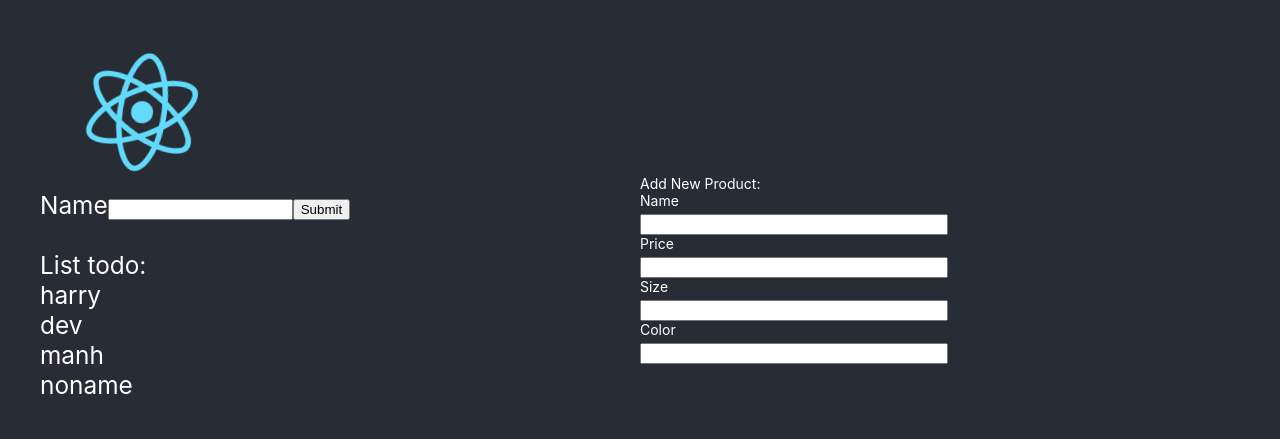
Repository: minh66hn/base-react-hook
Page: /
These files come from the project's save history. The page is drawn as it stood at one moment and after the next save; the edit follows.
The browser window is 1280 px wide. The pictures show the whole page.
The project was rebuilt for these pictures with package versions that can differ from the ones it lists, and the page was loaded fresh each time.

Above is the page before, as saved 2022-04-18 20:29:55.

### src/App.js
import "./App.css";
import logo from "./logo.svg";

import Home from "./components/Home";
import AddNewProduct from "./components/AddNewProduct";

function App() {
  return (
    <div className="App">
      <header className="App-header content-left">
        <img src={logo} className="App-logo" alt="logo" />
        <Home></Home>
      </header>
      <div className="content-right">
        <AddNewProduct />
      </div>
    </div>
  );
}

export default App;

### src/App.css
.App {
  padding: 40px;
  background-color: #282c34;
  height: calc(100vh - 80px);
  font-size:14px;
  display: flex;
}

.App-logo {
  height: 20vmin;
  pointer-events: none;
}

@media (prefers-reduced-motion: no-preference) {
  .App-logo {
    animation: App-logo-spin infinite 20s linear;
  }
}

.App-header {
  /* min-height: 100vh; */
  /* display: flex;
  flex-direction: column; */
  /* align-items: center;
  justify-content: center; */
  font-size: calc(10px + 2vmin);
  color: white;
  /* border: 1px solid green; */
  width: 50%;
}
.content-left{
  width:50%;
}
.content-right{
  /* border: 1px solid red; */
  width: 50%;
  margin-top:135px;
  color: white;

}
.input-product input{
  width:50%
}
.input-product{
  display:flex;
  flex-direction: column;
  gap:5px;
}

.App-link {
  color: #61dafb;
}

@keyframes App-logo-spin {
  from {
    transform: rotate(0deg);
  }
  to {
    transform: rotate(360deg);
  }
}
/* img {
  display: block;
  max-width: 100%;
}
.youtube-list {
  display: grid;
  grid-template-columns: repeat(4, 2fr);
  grid-gap: 25px;
  padding: 25px;
}
.youtube-image {
  height: 250px;
  margin-bottom: 15px;
}
.youtube-image img {
  width: 100%;
  height: 100%;
  object-fit: cover;
}
.youtube-footer {
  display: flex;
  align-items: flex-start;
  gap: 0 20px;
}
.youtube-avatar {
  width: 50px;
  height: 50px;
  border-radius: 100rem;
  object-fit: cover;
  flex-shrink: 0;
}
.youtube-title {
  font-size: 18px;
  margin-bottom: 10px;
}
.youtube-author {
  font-size: 14px;
  color: #999;
  font-weight: 300;
} */

### src/components/Home.js
import React from "react";
import { useState } from "react";
import AddTodo from "./AddTodo";
import DisplayListTodo from "./DisplayListTodo";
const Home = () => {
  const [todo, setTodo] = useState("");
  const randomIntFromInterval = (min, max) => {
    // min and max included
    return Math.floor(Math.random() * (max - min + 1) + min);
  };

  const [listTodo, setListTodo] = useState([
    { id: 1, name: "harry" },
    { id: 2, name: "dev" },
    { id: 3, name: "manh" },
    { id: 4, name: "noname" },
  ]);
  const handleDeleteBtn = (id) => {
    alert(`you deleted item by id:${id}`);
    let updateListTodo = listTodo.filter((item) => item.id !== id);
    setListTodo(updateListTodo);
  };
  const handleClickbtn = (todo) => {
    const todoItem = {
      id: randomIntFromInterval(5, 999),
      name: todo,
    };
    console.log(listTodo);
    if (!todo) {
      alert("please enter todo");
      return 0;
    }
    //catch1
    // let curentTodo = listTodo;
    // curentTodo.push(todoItem);
    // setListTodo(curentTodo);
    //catch2
    setListTodo([...listTodo, todoItem]);
    setTodo("");
  };

  return (
    <div>
      <AddTodo handleClickbtn={handleClickbtn} todo={todo} setTodo={setTodo} />
      <DisplayListTodo childData={listTodo} handleDeleteBtn={handleDeleteBtn} />
    </div>
  );
};

export default Home;

### src/components/AddNewProduct.js
import React from "react";

const AddNewProduct = () => {
  return (
    <div>
      Add New Product:
      <div className="input-product">
        <label>Name</label>
        <input type="text" />
      </div>
      <div className="input-product">
        <label>Price</label>
        <input type="text" />
      </div>
      <div className="input-product">
        <label>Size</label>
        <input type="text" />
      </div>
      <div className="input-product">
        <label>Color</label>
        <input type="text" />
      </div>
    </div>
  );
};

export default AddNewProduct;

### src/components/AddTodo.js
import React from "react";

const AddTodo = (props) => {
  const { handleClickbtn, todo, setTodo } = props;
  return (
    <div>
      <label>Name</label>
      <input
        type="text"
        value={todo}
        onChange={(event) => {
          console.log("check event:", event);
          setTodo(event.target.value);
        }}
      />
      <button
        type="button"
        onClick={() => {
          handleClickbtn(todo);
        }}
      >
        Submit
      </button>
      <br />
      <br />
    </div>
  );
};

export default AddTodo;

### src/components/DisplayListTodo.js
import React from "react";

const DisplayListTodo = (props) => {
  const listData = props.childData;
  const handleDeleteBtn = (id) => {
    props.handleDeleteBtn(id);
  };
  return (
    <div>
      <div>List todo:</div>
      {listData.map((item) => {
        console.log(item);
        return (
          <div
            key={item.id}
            onClick={() => {
              handleDeleteBtn(item.id);
            }}
          >
            {item.name}
          </div>
        );
      })}
    </div>
  );
};

export default DisplayListTodo;

Loaded but not shown: public/index.html (common file); src/index.js (common file); src/index.css (common file); src/reportWebVitals.js (common file)

After the next save:
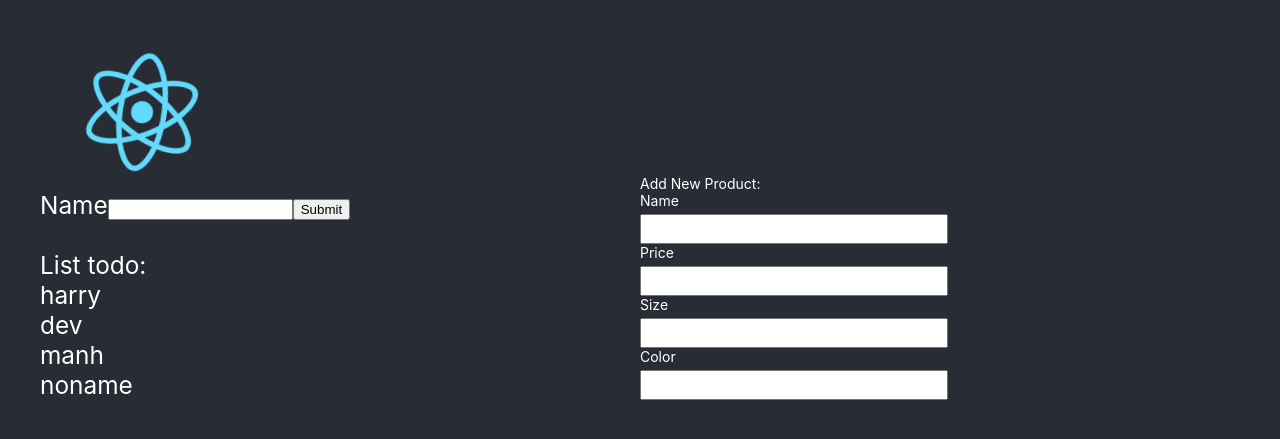
Saved 5 s later.
--- a/src/App.css
+++ b/src/App.css
@@ -39,7 +39,8 @@
 
 }
 .input-product input{
-  width:50%
+  width:50%;
+  height:24px;
 }
 .input-product{
   display:flex;
